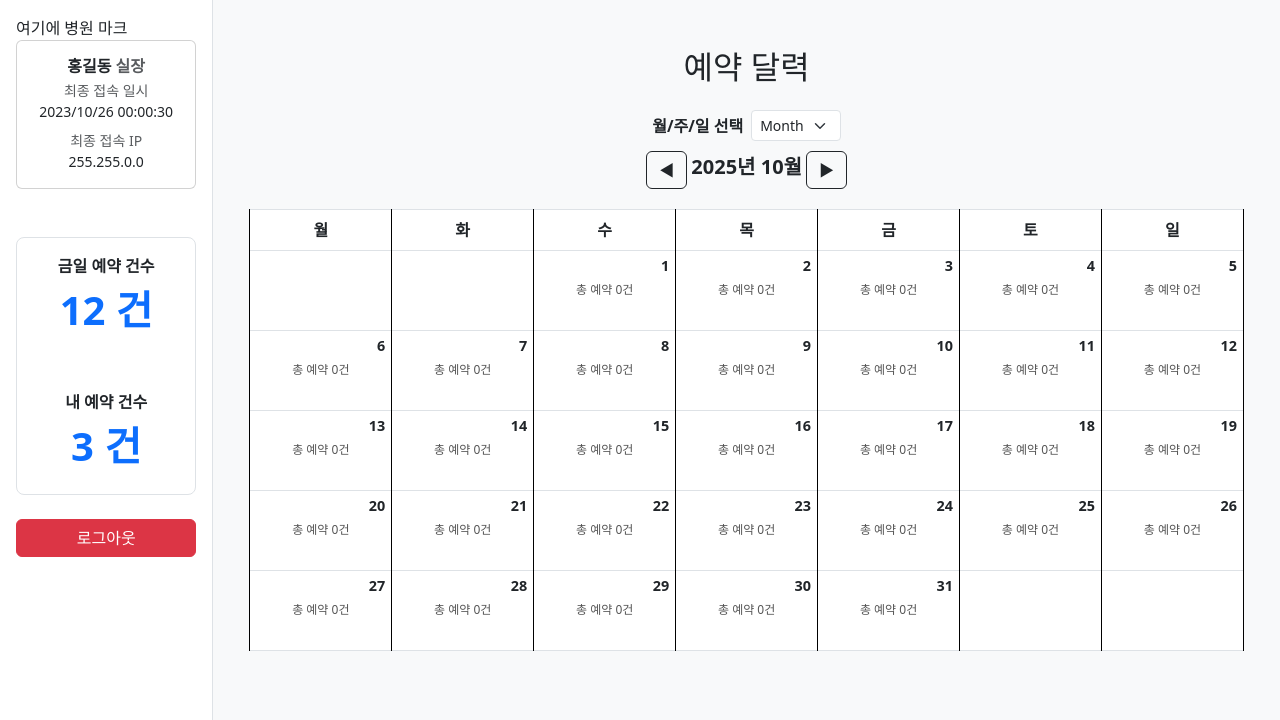
Repository: j-pyohub/LIBRARY_PROJECT
Page: CRM_Project/WebContent/doctorReserveList.html
These files come from the project's save history. The page is drawn as it stood at one moment and after the next save; the edit follows.
The browser window is 1280 px wide. The pictures show the whole page.

Above is the page before, as saved 2025-10-11 09:06:29.

After the next save:
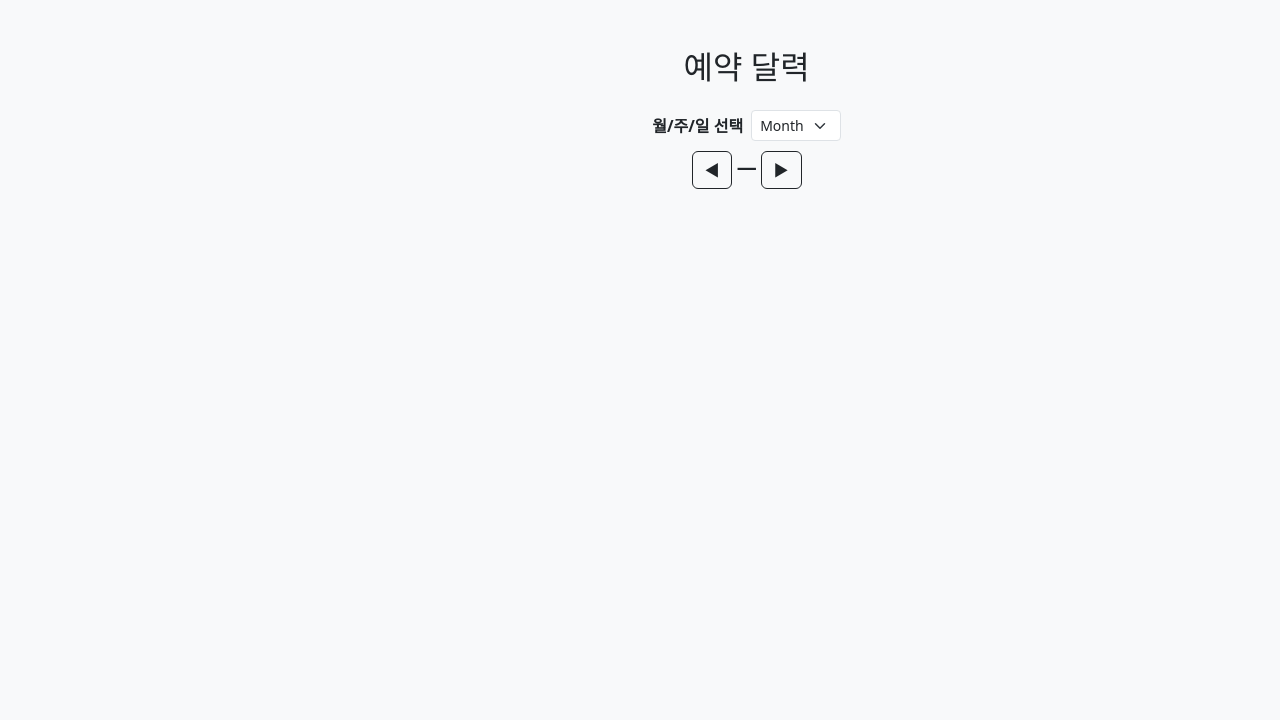
Console error: SyntaxError: Unexpected end of input
Saved 83 s later.
--- a/CRM_Project/WebContent/doctorReserveList.html
+++ b/CRM_Project/WebContent/doctorReserveList.html
@@ -103,19 +103,7 @@
 	    const html = await resp.text();
 	    slot.innerHTML = html;
 
-	    // 활성 메뉴 표시 (data-route 값을 사용)
-	    const current = slot.querySelector(`[data-route="${activeKey}"]`);
-	    if (current) {
-	      // 전부 초기화
-	      slot.querySelectorAll('#sidebar-nav .nav-link').forEach(a=>{
-	        a.classList.remove('active','bg-primary','text-white');
-	        a.classList.add('text-dark');
-	      });
-	      // 현재만 활성
-	      current.classList.add('active','bg-primary','text-white');
-	      current.classList.remove('text-dark');
-	    }
-	  }
+
 
 	  // 이 페이지의 활성 키만 바꿔주면 됨
 	  loadSidebar('patientList');

After the save that followed:
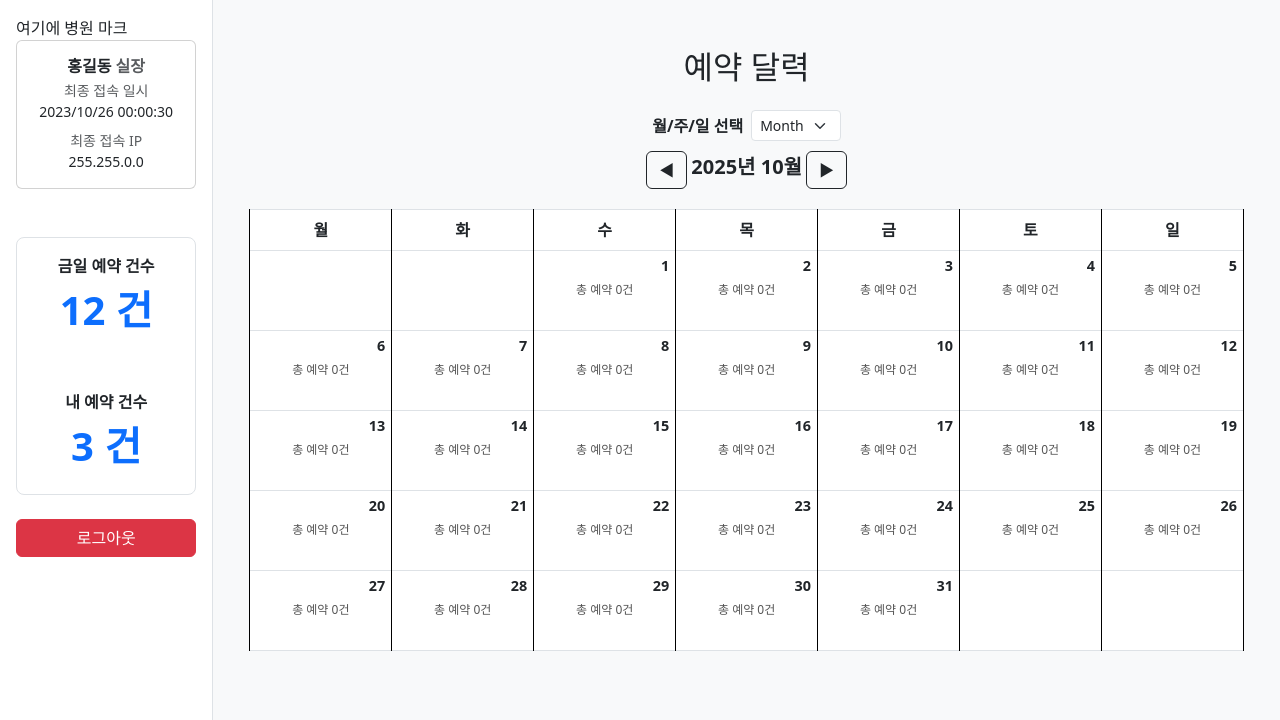
The error is gone.
Saved 5 s later.
--- a/CRM_Project/WebContent/doctorReserveList.html
+++ b/CRM_Project/WebContent/doctorReserveList.html
@@ -103,7 +103,19 @@
 	    const html = await resp.text();
 	    slot.innerHTML = html;
 
-
+	    // 활성 메뉴 표시 (data-route 값을 사용)
+	    const current = slot.querySelector(`[data-route="${activeKey}"]`);
+	    if (current) {
+	      // 전부 초기화
+	      slot.querySelectorAll('#sidebar-nav .nav-link').forEach(a=>{
+	        a.classList.remove('active','bg-primary','text-white');
+	        a.classList.add('text-dark');
+	      });
+	      // 현재만 활성
+	      current.classList.add('active','bg-primary','text-white');
+	      current.classList.remove('text-dark');
+	    }
+	  }
 
 	  // 이 페이지의 활성 키만 바꿔주면 됨
 	  loadSidebar('patientList');
